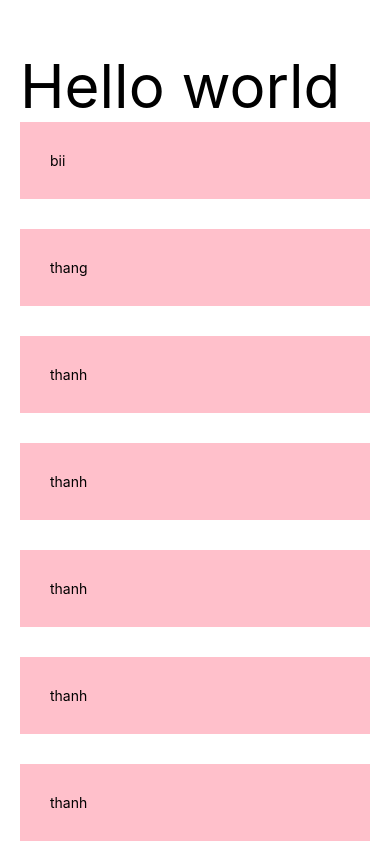
Repository: Ducbii4202/React-Native
Screen: /
An editor plug-in stored every save of this project. The screen is shown before and after the next save, followed by the edit.
An inner scrolling area shows only its first screen. The app was drawn by React Native's web renderer in a window 390 px wide. The project was rebuilt for these pictures with package versions that can differ from the ones it lists, and the page was loaded fresh each time.

Above is the screen before, as saved 2024-09-15 17:31:16.

### App.tsx

import { useState } from 'react';
import { Button, ScrollView, StyleSheet, Text, TextInput, View } from 'react-native';

export default function App() {
  const [student, setStudent] = useState([
    {
      id: 1,
      name: 'bii',
      age: 18,
    },{
      id: 2,
      name: 'thang',
      age: 20,
    },{
      id: 3,
      name: 'thanh',
      age: 21,
    },{
      id: 3,
      name: 'thanh',
      age: 21,
    },{
      id: 3,
      name: 'thanh',
      age: 21,
    },{
      id: 3,
      name: 'thanh',
      age: 21,
    },{
      id: 3,
      name: 'thanh',
      age: 21,
    },{
      id: 3,
      name: 'thanh',
      age: 21,
    },{
      id: 3,
      name: 'thanh',
      age: 21,
    },
  ])

  return (
    <View style={styles.container}>
      <Text style={{fontSize: 60}}>Hello world</Text>
      <ScrollView>
        {student.map(item => {
          return (
            <View key={item.id} style={{
              padding: 30,
              backgroundColor: 'pink',
              marginBottom: 30,
            }}>
              <Text >
                {item.name}
              </Text>
            </View>
          )
        })}
    </ScrollView>
    </View>
  );
}


//css in js
const styles = StyleSheet.create({
  container: {
    flex: 1,
    backgroundColor: '#fff',
    paddingTop: 50,
    paddingHorizontal: 20,
    // alignItems: 'center',
    // justifyContent: 'center',
  },

});

After the next save:
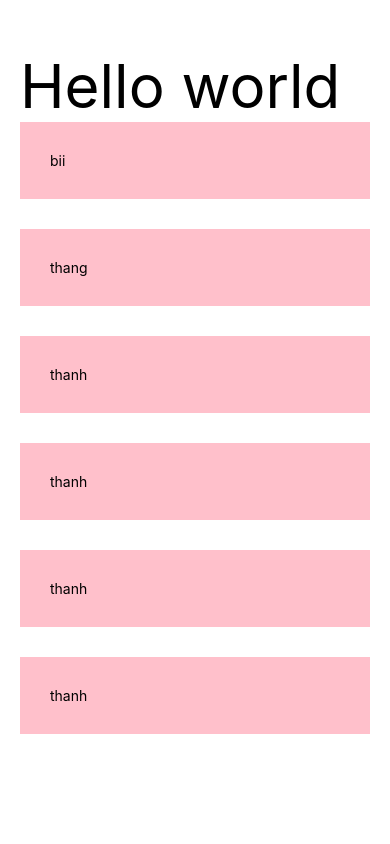
Saved 10 s later.
--- a/App.tsx
+++ b/App.tsx
@@ -12,18 +12,6 @@ export default function App() {
       id: 2,
       name: 'thang',
       age: 20,
-    },{
-      id: 3,
-      name: 'thanh',
-      age: 21,
-    },{
-      id: 3,
-      name: 'thanh',
-      age: 21,
-    },{
-      id: 3,
-      name: 'thanh',
-      age: 21,
     },{
       id: 3,
       name: 'thanh',

After the save that followed:
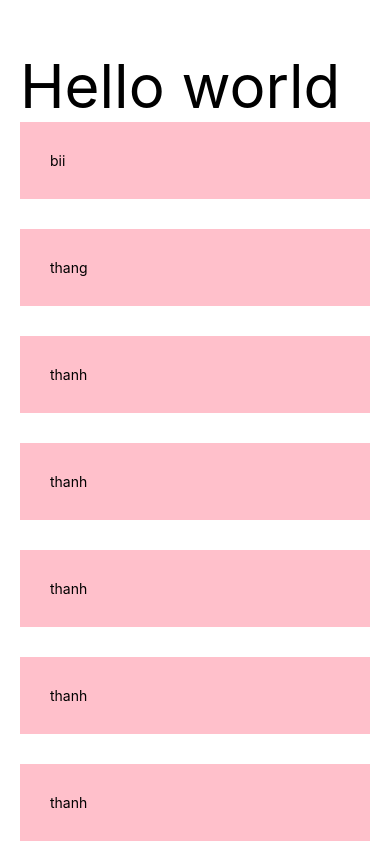
Saved 4 s later.
--- a/App.tsx
+++ b/App.tsx
@@ -12,6 +12,10 @@ export default function App() {
       id: 2,
       name: 'thang',
       age: 20,
+    },{
+      id: 3,
+      name: 'thanh',
+      age: 21,
     },{
       id: 3,
       name: 'thanh',
